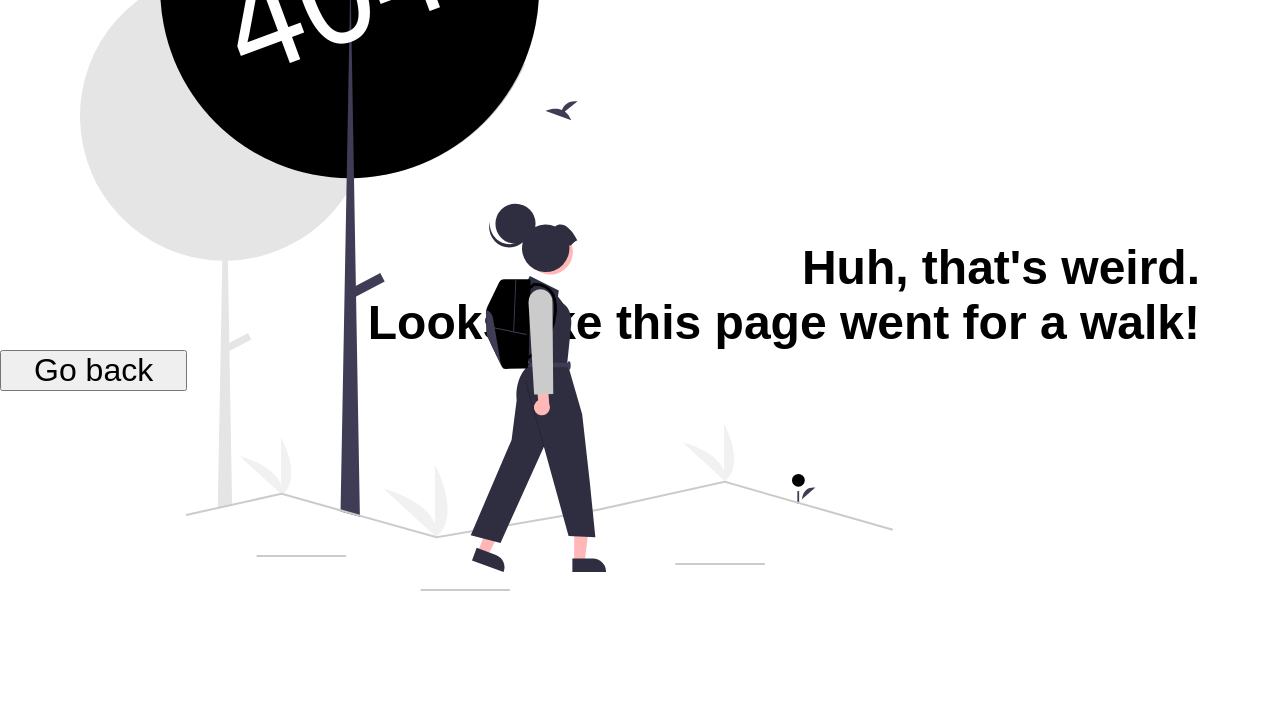
Repository: TeeJaysDev/Portfolio
Page: 404.html
The author's editor kept a copy of each file at every save. The page is drawn from the files as they stood at one save, then again after a run of saves.
The browser window is 1280 px wide. The pictures show the whole page.

Above is the page before, as saved 2021-06-11 23:25:25.

### 404.html
<!DOCTYPE html>
<html lang="en">
<head>
    <meta charset="UTF-8">
    <meta http-equiv="X-UA-Compatible" content="IE=edge">
    <meta name="viewport" content="width=device-width, initial-scale=1.0">
    <script type="text/javascript" src="script.js"></script>
    <link rel="stylesheet" href="404.css">
    <link rel="preconnect" href="https://fonts.gstatic.com">
    <link href="https://fonts.googleapis.com/css2?family=Raleway&display=swap" rel="stylesheet">
    <title>Tymon Jędryczka | Portfolio</title>
</head>
<body>
    <section class="error">
        <h1>
            Huh, that's weird. <br> Looks like this page went for a walk!
        </h1>
        <button>
            <a href="index.html">Go back</a>
        </button>
        <div class="mainError">
            <img src="Images/svg/hiking.svg">
        </div>
    </section>
</body>
</html>

### 404.css
* {
    margin: 0;
    padding: 0;
    box-sizing: border-box;
    font-family: sans-serif;
    text-decoration: none;
    list-style: none;
}

.error h1 {
    font-family: Arial, Helvetica, sans-serif;
    font-weight: 700;
    font-size: 3rem;
    margin-top: 15rem;
    margin-right: 5rem;
    text-align: right;
}

.error .mainError {
    display: flex;
    text-align: center;
    margin-left: 40rem;
    margin-right: auto;
}

.error img {
    margin-left: -35rem;
    margin-top: -37rem;
}

.error button a {
    text-decoration: none;
    text-align: center;
    font-size: 2rem;
    color: #000000;
    padding: 1rem 2rem 1rem 2rem;
}

.error button {
    header a button {
    padding: 1rem;
    width: 15rem;
    font-weight: bold;
    font-size: 1.2rem;
    text-align: center;
    margin-left: 45%;
    margin-bottom: 13rem;
    background-image: linear-gradient(147deg, #4bffa5, #54d4ff 90%);
    color: #000000;
    cursor: pointer;
    }
}

Loaded but not shown: script.js (no stored copy; drawn as an empty file)

After the next 3 saves:
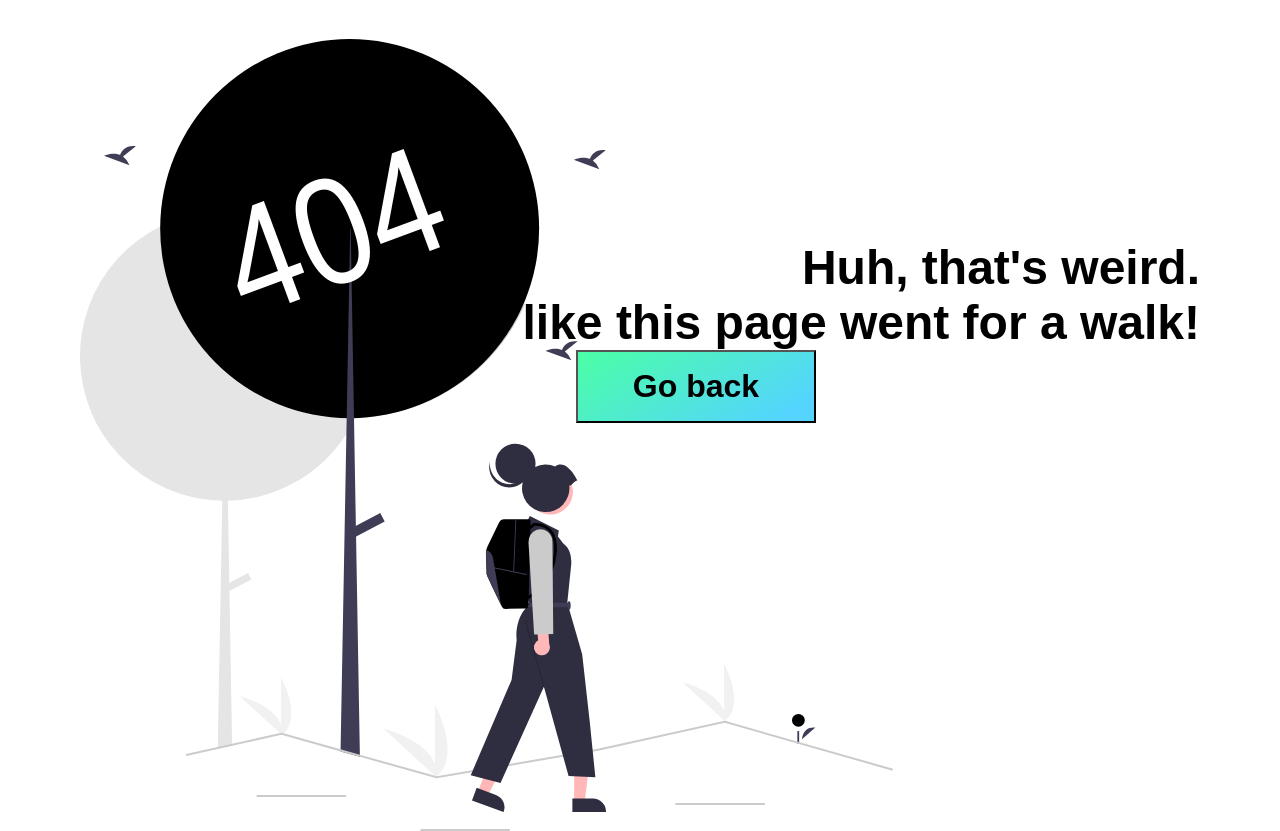
The 3 saves are shown as one change because they came seconds apart.
The last was saved 10 s later.
--- a/404.css
+++ b/404.css
@@ -37,7 +37,7 @@
 }
 
 .error button {
-    header a button {
+
     padding: 1rem;
     width: 15rem;
     font-weight: bold;
@@ -48,5 +48,4 @@
     background-image: linear-gradient(147deg, #4bffa5, #54d4ff 90%);
     color: #000000;
     cursor: pointer;
-    }
 }
